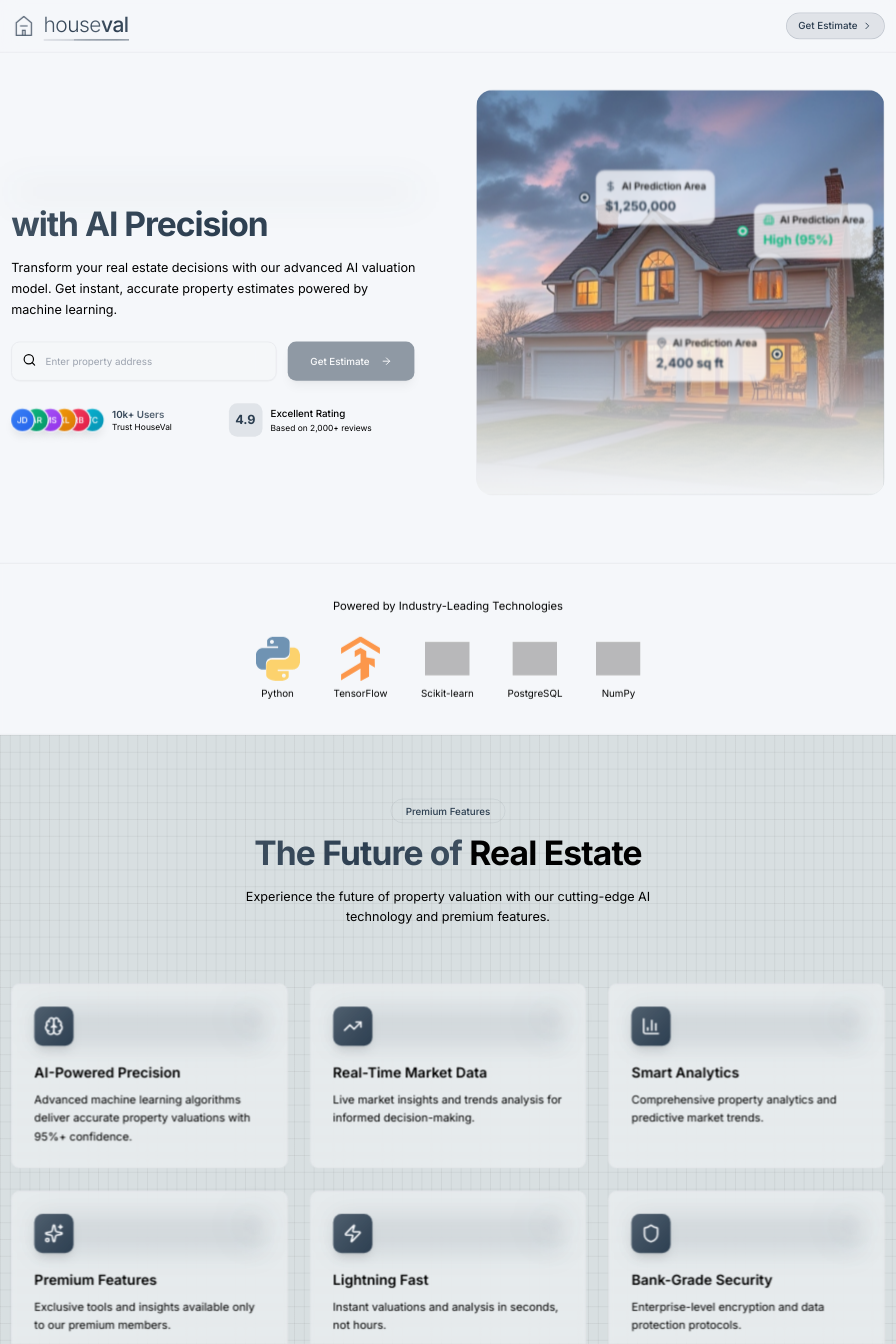
Repository: Rayyy-dev/HouseVal
Page: /
The author's editor kept a copy of each file at every save. The page is drawn from the files as they stood at one save, then again after the next save.
The browser window is 1280 px wide. The pictures show the part of the page from y = 0 to 1920 px (the page is 4494 px tall), at 70% of full size.
Pictures or frames that could not be fetched are drawn as grey boxes. The project was rebuilt for these pictures with package versions that can differ from the ones it lists, and the page was loaded fresh each time. The framework's server and built-in components were replaced by stand-ins that run in the browser. Also part of the build but not shown: next.config.ts. Imported but missing from the stored project, and not drawn on this page: src/components/ui/command.

Above is the page before, as saved 2025-01-18 14:15:54.

### src/app/layout.tsx
import type { Metadata } from "next";
import { Inter } from "next/font/google";
import "./globals.css";
import { Toaster } from "sonner";

const inter = Inter({ subsets: ["latin"] });

export const metadata: Metadata = {
  title: "HouseVal - AI-Powered House Price Predictor",
  description: "Get instant, accurate house price estimates powered by AI",
};

export default function RootLayout({
  children,
}: {
  children: React.ReactNode;
}) {
  return (
    <html lang="en">
      <body className={inter.className}>
        {children}
        <Toaster richColors position="top-center" />
      </body>
    </html>
  );
}

### src/app/page.tsx
import { Header } from "@/components/landing-page/sections/header";
import { Hero } from "@/components/landing-page/sections/hero";
import { Integrations } from "@/components/landing-page/sections/integrations";
import { Benefits } from "@/components/landing-page/sections/benefits";
import { PricePredictor } from "@/components/landing-page/sections/price-predictor";
import { Solution } from "@/components/landing-page/sections/solution";
import { Footer } from "@/components/landing-page/sections/footer";

export default function Home() {
  return (
    <div className="min-h-screen bg-background">
      <Header />
      <Hero />
      <Integrations />
      <Benefits />
      <PricePredictor />
      <Solution />
      <Footer />
    </div>
  );
}

### src/components/landing-page/sections/hero.tsx
"use client";

import { Button } from "@/components/ui/button";
import { Input } from "@/components/ui/input";
import { Search, Building2, DollarSign, ArrowRight, MapPin } from "lucide-react";
import { useState, useEffect, useRef } from "react";
import { AvatarStack } from "@/components/ui/avatar-stack";
import { motion, AnimatePresence } from "framer-motion";
import Image from "next/image";

// Simple typing effect hook
const useTypingEffect = (text: string, speed: number = 50) => {
  const [displayText, setDisplayText] = useState("");
  const [isComplete, setIsComplete] = useState(false);

  useEffect(() => {
    let currentIndex = 0;
    let timer: NodeJS.Timeout;

    const typeNextCharacter = () => {
      if (currentIndex <= text.length) {
        setDisplayText(text.slice(0, currentIndex));
        currentIndex++;

        if (currentIndex > text.length) {
          setIsComplete(true);
        } else {
          timer = setTimeout(typeNextCharacter, speed);
        }
      }
    };

    typeNextCharacter();

    return () => {
      if (timer) clearTimeout(timer);
    };
  }, [text, speed]);

  return { displayText, isComplete };
};

export function Hero() {
  const demoRef = useRef<HTMLDivElement>(null);
  const [address, setAddress] = useState("");
  const [isAnalyzing, setIsAnalyzing] = useState(false);
  const [animationStage, setAnimationStage] = useState<'typing' | 'analyzing' | 'scanning' | 'results'>('typing');
  const [chatStep, setChatStep] = useState(0);
  const { displayText, isComplete } = useTypingEffect("Hello! Please enter a property address for AI analysis...", 50);

  // Animation sequence with faster timing
  useEffect(() => {
    const sequence = async () => {
      setAnimationStage('typing');
      await new Promise(resolve => setTimeout(resolve, 2000)); // Faster typing

      setAnimationStage('analyzing');
      await new Promise(resolve => setTimeout(resolve, 1500)); // Faster analyzing

      setAnimationStage('results');
      await new Promise(resolve => setTimeout(resolve, 4000)); // Show results

      sequence(); // Restart
    };

    sequence();
  }, []);

  // Handle address submission
  const handleGetEstimate = () => {
    if (!address) return;
    setIsAnalyzing(true);
    setAnimationStage('analyzing');

    // Simulate analysis time then show results
    setTimeout(() => {
      setAnimationStage('results');
      setIsAnalyzing(false);
    }, 3000); // Adjust timing as needed
  };

  // When typing is complete, don't immediately go to analyzing
  useEffect(() => {
    if (isComplete) {
      // Remove the automatic transition to analyzing
      // Let the button click trigger it instead
    }
  }, [isComplete]);

  return (
    <section className="container mx-auto px-4 pt-32 pb-24">
      <div className="grid grid-cols-1 lg:grid-cols-2 gap-20 items-center">
        {/* Left content */}
        <div className="space-y-8">
          <div className="space-y-6">
            <h1 className="text-5xl sm:text-6xl font-bold leading-[1.1] tracking-tight">
              <span className="inline-block">
                <span className="relative inline-flex items-center">
                  <span className="relative z-10 bg-gradient-to-r from-foreground via-foreground/90 to-foreground bg-clip-text text-transparent">
                    Predict House Prices
                  </span>
                  <div className="absolute inset-x-0 -bottom-2 h-3 bg-primary/10 blur-xl" />
                </span>
              </span>
              <br />
              <span className="text-4xl sm:text-5xl bg-gradient-to-r from-primary/90 via-primary to-primary/90 bg-clip-text text-transparent mt-6 block">
                with AI Precision
              </span>
            </h1>
            <p className="text-lg text-muted-foreground/90 leading-relaxed max-w-2xl">
              Transform your real estate decisions with our advanced AI valuation model.
              Get instant, accurate property estimates powered by machine learning.
            </p>
          </div>

          <div className="flex flex-col sm:flex-row gap-4 max-w-xl">
            <div className="relative flex-1">
              <Search className="absolute left-4 top-4 h-5 w-5 text-muted-foreground" />
              <Input
                value={address}
                onChange={(e) => setAddress(e.target.value)}
                placeholder="Enter property address"
                className="pl-12 h-14 text-base rounded-xl border-border/50 bg-background/50 hover:bg-background/80 focus:border-primary/30 focus:ring-primary/20 transition-all duration-300"
              />
              {isAnalyzing && (
                <div className="absolute right-4 top-4">
                  <div className="h-5 w-5 rounded-full border-2 border-primary border-r-transparent animate-spin" />
                </div>
              )}
            </div>
            <Button
              size="lg"
              className="h-14 px-8 rounded-xl bg-primary hover:bg-primary/90 transition-all duration-300 shadow-lg hover:shadow-primary/25 group"
              onClick={handleGetEstimate}
              disabled={isAnalyzing || !address}
            >
              <span className="font-medium">Get Estimate</span>
              <ArrowRight className="ml-2 h-4 w-4 transition-transform group-hover:translate-x-1" />
            </Button>
          </div>

          <div className="flex items-center gap-10">
            <AvatarStack />
            <div className="h-12 w-px bg-border/50" />
            <div className="flex items-center gap-3">
              <div className="relative">
                <div className="w-12 h-12 rounded-xl bg-primary/10 flex items-center justify-center">
                  <span className="text-primary font-bold text-lg">4.9</span>
                </div>
              </div>
              <div className="space-y-1">
                <div className="font-medium text-sm">Excellent Rating</div>
                <div className="text-xs text-muted-foreground">Based on 2,000+ reviews</div>
              </div>
            </div>
          </div>
        </div>

        {/* Right side - Demo Animation */}
        <div ref={demoRef} className="relative h-[580px] rounded-3xl overflow-hidden">
          <div className="absolute inset-0 bg-gradient-to-br from-background via-background/95 to-muted/90 backdrop-blur-xl border border-border/50">
            <AnimatePresence mode="wait">
              {animationStage === 'typing' && (
                <motion.div
                  initial={{ opacity: 0 }}
                  animate={{ opacity: 1 }}
                  exit={{ opacity: 0 }}
                  transition={{ duration: 0.5 }}
                  className="absolute inset-0 flex items-center justify-center"
                >
                  <div className="w-full max-w-md px-4">
                    <div className="relative">
                      <Search className="absolute left-4 top-1/2 -translate-y-1/2 h-5 w-5 text-muted-foreground" />
                      <div className="w-full pl-12 pr-4 py-3 text-base rounded-xl border border-border/50 bg-background shadow-lg">
                        {displayText}
                        <span className="inline-block w-0.5 h-5 bg-primary animate-pulse ml-0.5 align-middle">
                          &nbsp;
                        </span>
                      </div>
                    </div>
                  </div>
                </motion.div>
              )}

              {animationStage === 'analyzing' && (
                <motion.div
                  initial={{ opacity: 0, y: 20 }}
                  animate={{ opacity: 1, y: 0 }}
                  exit={{ opacity: 0 }}
                  transition={{ duration: 0.5 }}
                  className="absolute inset-0 flex items-center justify-center"
                >
                  <div className="w-full max-w-md space-y-6">
                    <div className="flex flex-col items-center gap-4 bg-background/40 backdrop-blur-2xl rounded-2xl p-8 shadow-lg border border-border/30">
                      <div className="relative">
                        <div className="absolute inset-0 bg-primary/20 rounded-full blur-2xl animate-pulse" />
                        <div className="relative h-16 w-16 rounded-full border-2 border-primary flex items-center justify-center">
                          <div className="h-10 w-10 rounded-full border-2 border-primary border-dashed animate-spin-slow" />
                        </div>
                      </div>
                      <div className="space-y-3 text-center">
                        <div className="flex items-center gap-2 justify-center">
                          <div className="h-1.5 w-1.5 rounded-full bg-primary animate-pulse" />
                          <motion.span
                            initial={{ opacity: 0 }}
                            animate={{ opacity: 1 }}
                            className="font-medium bg-gradient-to-r from-primary to-primary/80 bg-clip-text text-transparent relative"
                          >
                            <motion.span
                              initial={{ width: "0%" }}
                              animate={{ width: "100%" }}
                              transition={{
                                duration: 2,
                                ease: "linear",
                                repeat: Infinity
                              }}
                              className="absolute inset-0 bg-gradient-to-r from-transparent via-primary/20 to-transparent"
                            />
                            AI Analysis in Progress
                          </motion.span>
                          <div className="h-1.5 w-1.5 rounded-full bg-primary animate-pulse delay-100" />
                        </div>
                        <div className="flex flex-col gap-2">
                          <div className="text-sm text-muted-foreground/80">
                            Processing property characteristics...
                          </div>
                          <div className="h-1.5 w-full bg-primary/10 rounded-full overflow-hidden">
                            <div className="h-full w-full bg-primary animate-progress origin-left" />
                          </div>
                        </div>
                      </div>
                    </div>
                  </div>
                </motion.div>
              )}

              {animationStage === 'results' && (
                <div className="demo-house animate-fade-in">
                  <div className="absolute inset-0 bg-gradient-to-t from-background/90 via-background/20 to-transparent z-10" />
                  <Image
                    src="/f36168bb-cc3e-43da-8912-f5379ce8139f.jpeg"
                    alt="Modern suburban house at twilight"
                    fill
                    priority
                    className="object-cover rounded-2xl"
                    sizes="(max-width: 768px) 100vw, 50vw"
                    quality={95}
                  />

                  {/* Scanning Effect First */}
                  <div className="absolute inset-0 pointer-events-none z-20">
                    <div className="absolute left-0 right-0 h-[2px] bg-gradient-to-r from-transparent via-primary to-transparent blur-sm animate-scan-once" />
                  </div>

                  {/* Smart AI Analysis Markers - Appear after scan */}
                  <div className="absolute inset-0 z-20">
                    {/* Price Estimation Marker */}
                    <div className="absolute top-1/4 left-1/4 animate-marker-reveal delay-[1000ms]">
                      <div className="relative">
                        {/* Marker Point */}
                        <div className="relative">
                          <div className="absolute -inset-2 bg-primary/20 rounded-full blur-xl animate-pulse" />
                          <div className="h-4 w-4 rounded-full bg-background/80 backdrop-blur-sm border-2 border-primary flex items-center justify-center">
                            <div className="h-1.5 w-1.5 rounded-full bg-primary" />
                          </div>
                        </div>

                        {/* Always Visible Prediction Card */}
                        <div className="absolute left-6 top-1/2 -translate-y-1/2 animate-card-reveal delay-[1100ms]">
                          <div className="bg-background/80 backdrop-blur-xl rounded-xl p-3 shadow-2xl border border-border/50 whitespace-nowrap">
                            <div className="flex items-center gap-2 mb-1">
                              <DollarSign className="h-4 w-4 text-primary" />
                              <p className="text-sm font-medium text-foreground/70">AI Prediction Area</p>
                            </div>
                            <p className="text-lg font-bold text-primary">$1,250,000</p>
                          </div>
                        </div>
                      </div>
                    </div>

                    {/* Property Size Marker */}
                    <div className="absolute bottom-1/3 right-1/4 animate-marker-reveal delay-[1200ms]">
                      <div className="relative">
                        <div className="relative">
                          <div className="absolute -inset-2 bg-primary/20 rounded-full blur-xl animate-pulse delay-300" />
                          <div className="h-4 w-4 rounded-full bg-background/80 backdrop-blur-sm border-2 border-primary flex items-center justify-center">
                            <div className="h-1.5 w-1.5 rounded-full bg-primary" />
                          </div>
                        </div>
                        <div className="absolute right-6 top-1/2 -translate-y-1/2 animate-card-reveal delay-[1300ms]">
                          <div className="bg-background/80 backdrop-blur-xl rounded-xl p-3 shadow-2xl border border-border/50 whitespace-nowrap">
                            <div className="flex items-center gap-2 mb-1">
                              <MapPin className="h-4 w-4 text-primary" />
                              <p className="text-sm font-medium text-foreground/70">AI Prediction Area</p>
                            </div>
                            <p className="text-lg font-bold text-primary">2,400 sq ft</p>
                          </div>
                        </div>
                      </div>
                    </div>

                    {/* Confidence Score Marker */}
                    <div className="absolute top-1/3 right-1/3 animate-marker-reveal delay-[1400ms]">
                      <div className="relative">
                        <div className="relative">
                          <div className="absolute -inset-2 bg-emerald-500/20 rounded-full blur-xl animate-pulse delay-150" />
                          <div className="h-4 w-4 rounded-full bg-background/80 backdrop-blur-sm border-2 border-emerald-500 flex items-center justify-center">
                            <div className="h-1.5 w-1.5 rounded-full bg-emerald-500" />
                          </div>
                        </div>
                        <div className="absolute left-6 top-1/2 -translate-y-1/2 animate-card-reveal delay-[1500ms]">
                          <div className="bg-background/80 backdrop-blur-xl rounded-xl p-3 shadow-2xl border border-border/50 whitespace-nowrap">
                            <div className="flex items-center gap-2 mb-1">
                              <div className="text-emerald-500">
                                <Building2 className="h-4 w-4" />
                              </div>
                              <p className="text-sm font-medium text-foreground/70">AI Prediction Area</p>
                            </div>
                            <p className="text-lg font-bold text-emerald-500">High (95%)</p>
                          </div>
                        </div>
                      </div>
                    </div>
                  </div>
                </div>
              )}
            </AnimatePresence>
          </div>
        </div>
      </div>
    </section>
  );
}

### src/components/ui/input.tsx
import * as React from "react"

import { cn } from "@/lib/utils"

export interface InputProps extends React.InputHTMLAttributes<HTMLInputElement> {}

const Input = React.forwardRef<HTMLInputElement, InputProps>(
  ({ className, type, ...props }, ref) => {
    return (
      <input
        type={type}
        className={cn(
          "flex h-9 w-full rounded-md border border-input bg-transparent px-3 py-1 text-base shadow-sm transition-colors file:border-0 file:bg-transparent file:text-sm file:font-medium file:text-foreground placeholder:text-muted-foreground focus-visible:outline-none focus-visible:ring-1 focus-visible:ring-ring disabled:cursor-not-allowed disabled:opacity-50 md:text-sm",
          className
        )}
        ref={ref}
        {...props}
      />
    )
  }
)
Input.displayName = "Input"

export { Input }

### src/components/ui/label.tsx
"use client"

import * as React from "react"
import * as LabelPrimitive from "@radix-ui/react-label"
import { cva, type VariantProps } from "class-variance-authority"

import { cn } from "@/lib/utils"

const labelVariants = cva(
  "text-sm font-medium leading-none peer-disabled:cursor-not-allowed peer-disabled:opacity-70"
)

const Label = React.forwardRef<
  React.ElementRef<typeof LabelPrimitive.Root>,
  React.ComponentPropsWithoutRef<typeof LabelPrimitive.Root> &
    VariantProps<typeof labelVariants>
>(({ className, ...props }, ref) => (
  <LabelPrimitive.Root
    ref={ref}
    className={cn(labelVariants(), className)}
    {...props}
  />
))
Label.displayName = LabelPrimitive.Root.displayName

export { Label }

### src/components/landing-page/housing/locations.ts
// Extract unique cities and states from the CSV
export const locations = [
  // New York
  { value: 'new-york-ny', label: 'New York, NY', factor: 2.0 },
  { value: 'brooklyn-ny', label: 'Brooklyn, NY', factor: 1.8 },
  { value: 'queens-ny', label: 'Queens, NY', factor: 1.6 },

  // California
  { value: 'los-angeles-ca', label: 'Los Angeles, CA', factor: 1.9 },
  { value: 'san-francisco-ca', label: 'San Francisco, CA', factor: 2.1 },
  { value: 'san-diego-ca', label: 'San Diego, CA', factor: 1.7 },

  // Texas
  { value: 'austin-tx', label: 'Austin, TX', factor: 1.5 },
  { value: 'houston-tx', label: 'Houston, TX', factor: 1.3 },
  { value: 'dallas-tx', label: 'Dallas, TX', factor: 1.4 },

  // Florida
  { value: 'miami-fl', label: 'Miami, FL', factor: 1.6 },
  { value: 'orlando-fl', label: 'Orlando, FL', factor: 1.3 },

  // Washington
  { value: 'seattle-wa', label: 'Seattle, WA', factor: 1.8 },

  // Illinois
  { value: 'chicago-il', label: 'Chicago, IL', factor: 1.5 },

  // Massachusetts
  { value: 'boston-ma', label: 'Boston, MA', factor: 1.9 },

  // And more major cities...
] as const;

Loaded but not shown: src/lib/utils.ts (common file); src/app/globals.css (956 lines, source omitted); src/components/landing-page/sections/price-predictor.tsx (381 lines, source omitted); src/components/landing-page/sections/solution.tsx (246 lines, source omitted); src/components/landing-page/sections/benefits.tsx (160 lines, source omitted); src/components/landing-page/sections/header.tsx (127 lines, source omitted); src/components/landing-page/sections/footer.tsx (59 lines, source omitted); src/components/ui/button.tsx (57 lines, source omitted); src/components/ui/card.tsx (76 lines, source omitted); src/components/landing-page/sections/integrations.tsx (57 lines, source omitted); src/components/ui/avatar-stack.tsx (47 lines, source omitted); tailwind.config.ts (59 lines, source omitted); src/components/ui/popover.tsx (33 lines, source omitted)

After the next save:
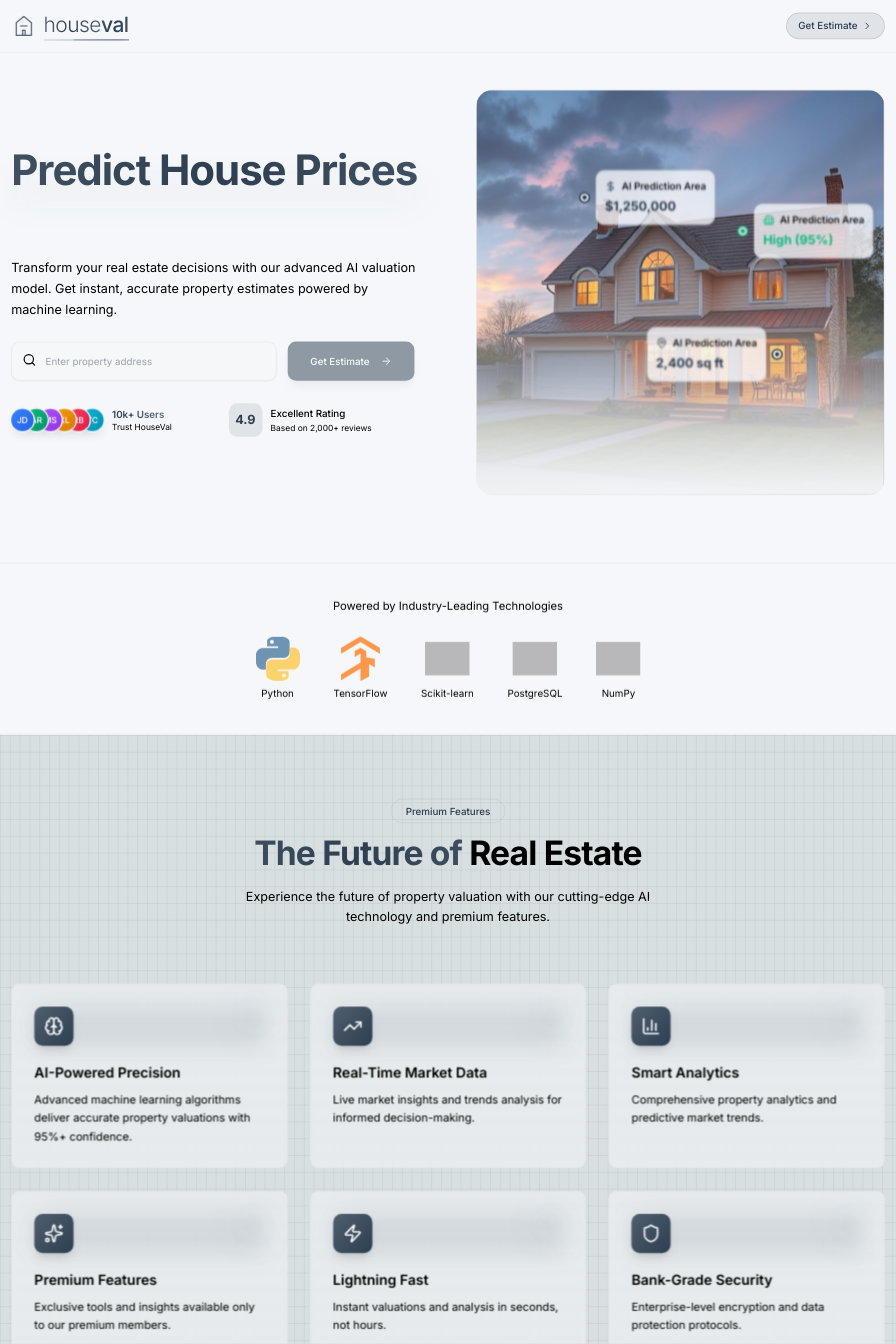
Saved 73 s later.
--- a/src/components/landing-page/sections/hero.tsx
+++ b/src/components/landing-page/sections/hero.tsx
@@ -96,14 +96,14 @@
             <h1 className="text-5xl sm:text-6xl font-bold leading-[1.1] tracking-tight">
               <span className="inline-block">
                 <span className="relative inline-flex items-center">
-                  <span className="relative z-10 bg-gradient-to-r from-foreground via-foreground/90 to-foreground bg-clip-text text-transparent">
+                  <span className="relative z-10 bg-gradient-to-r from-primary/90 via-primary to-primary/90 bg-clip-text text-transparent">
                     Predict House Prices
                   </span>
                   <div className="absolute inset-x-0 -bottom-2 h-3 bg-primary/10 blur-xl" />
                 </span>
               </span>
               <br />
-              <span className="text-4xl sm:text-5xl bg-gradient-to-r from-primary/90 via-primary to-primary/90 bg-clip-text text-transparent mt-6 block">
+              <span className="text-4xl sm:text-5xl bg-gradient-to-r from-foreground via-foreground/90 to-foreground bg-clip-text text-transparent mt-6 block">
                 with AI Precision
               </span>
             </h1>
